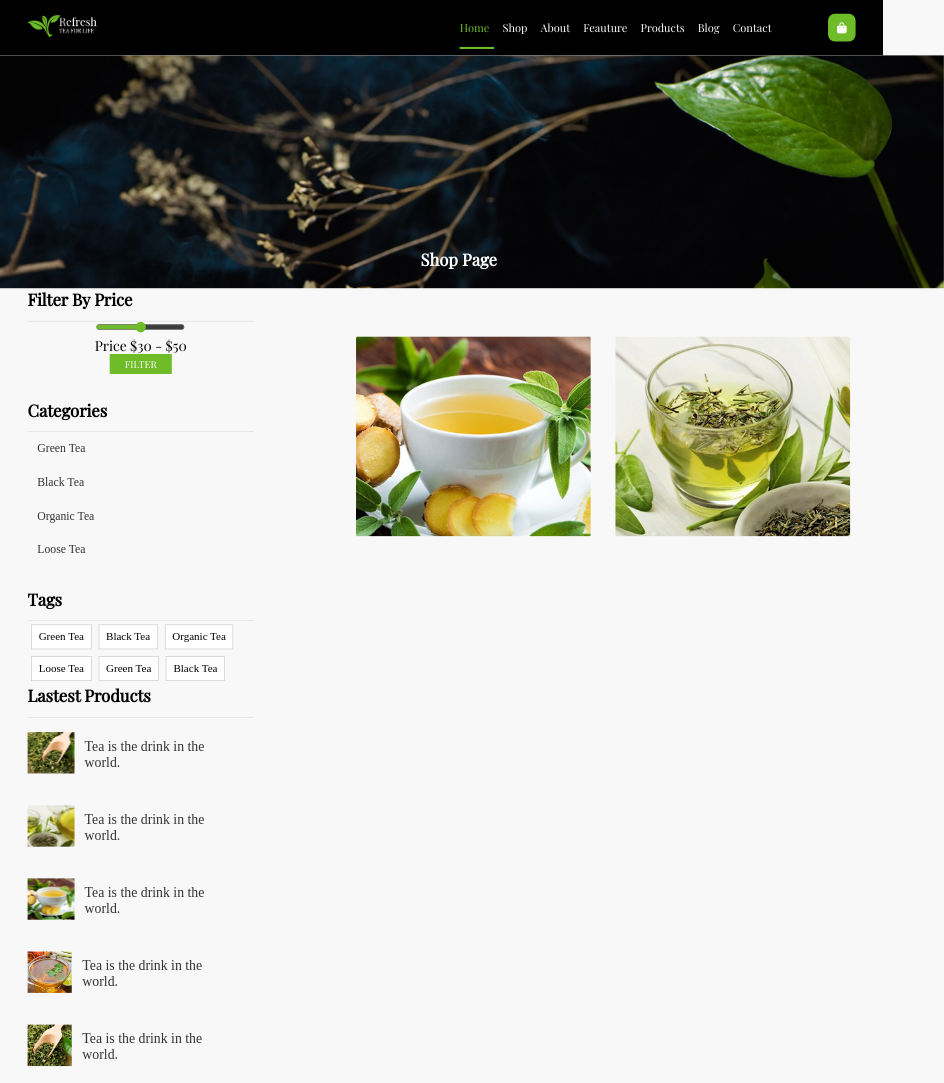
Repository: 52hzwhaleblue/school_teashop
Page: shop.html
An editor plug-in stored every save of this project. The page is shown before and after the next save, followed by the edit.
The browser window is 1280 px wide. The page is 1368 px wide, so the pictures cover 1368 px, including what lies to the right of the window. The pictures show the whole page, at 69% of full size.
Some web libraries are served in a nearby version.

Above is the page before, as saved 2022-05-04 22:58:55.

After the next save:
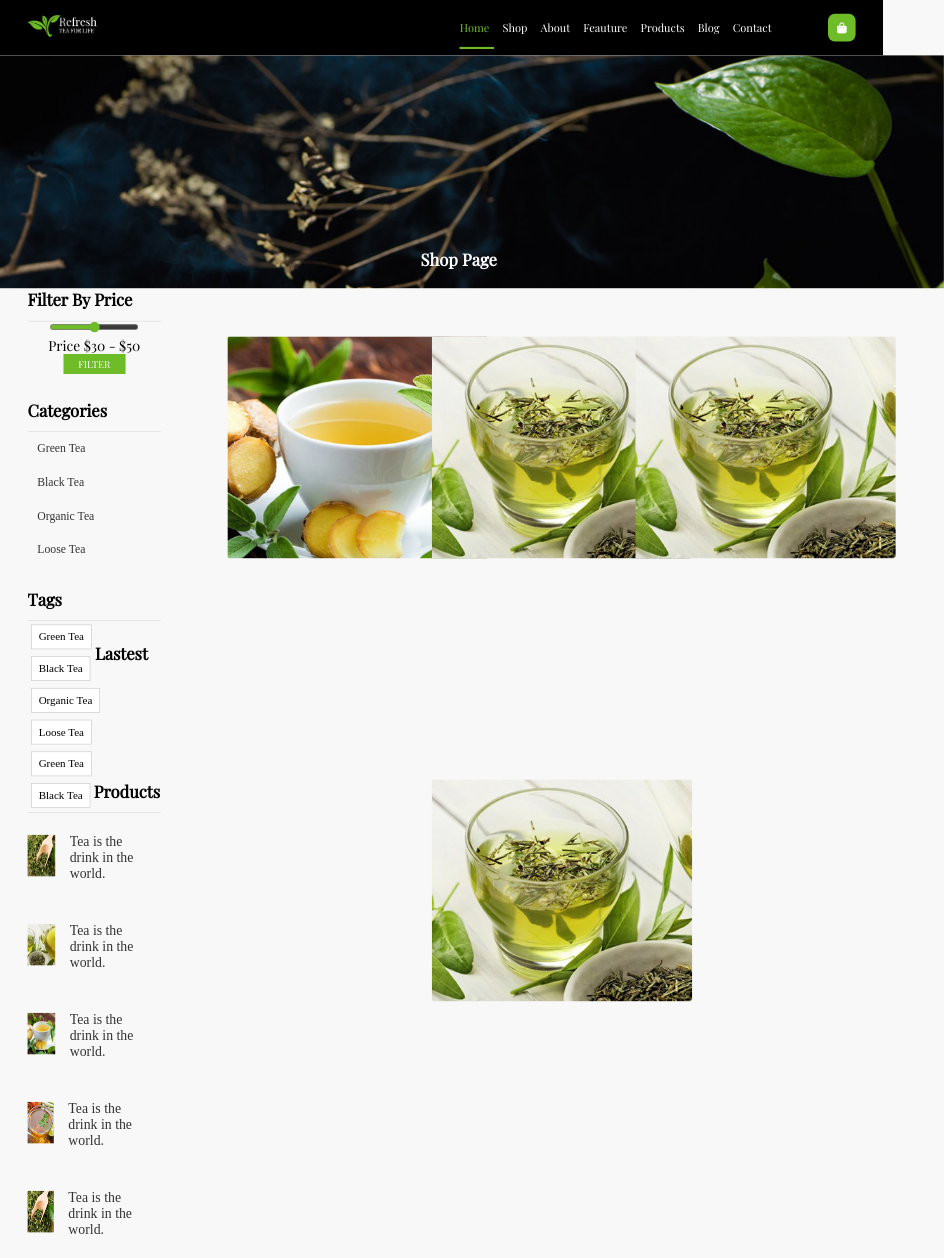
Saved 92 s later.
--- a/shop.html
+++ b/shop.html
@@ -179,6 +179,12 @@
                     <div class="shop">
                         <img src="images/product-9.jpg">
                     </div>
+                    <div class="shop">
+                        <img src="images/product-9.jpg">
+                    </div>
+                    <div class="shop">
+                        <img src="images/product-9.jpg">
+                    </div>
                   </div>
             </div>
         </div>
